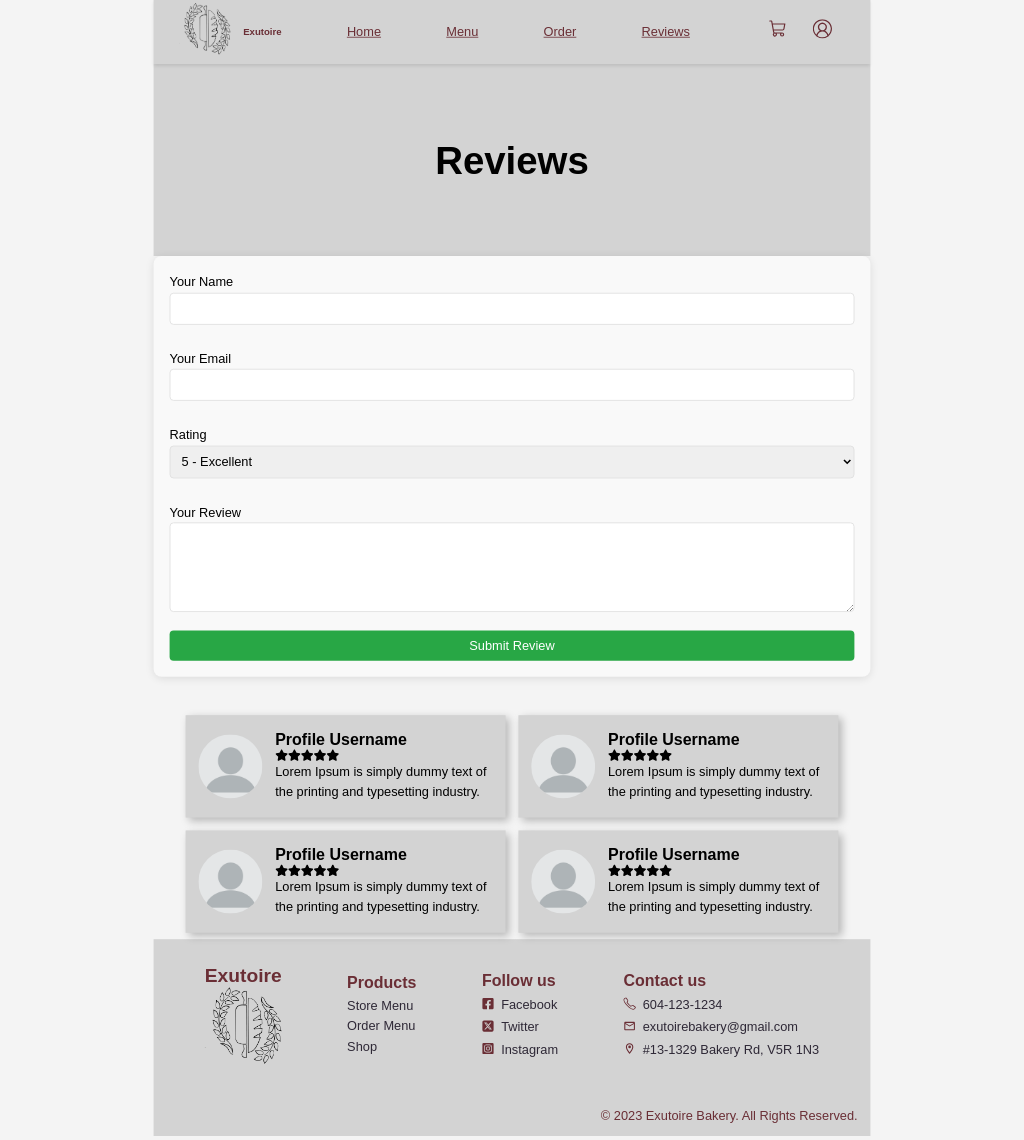
Repository: MelissaJacobi/COMP3170-final-proj
Page: /Reviews
These files come from the project's save history. The page is drawn as it stood at one moment and after the next save; the edit follows.
The browser window is 1280 px wide. The pictures show the whole page, at 80% of full size.
The project was rebuilt for these pictures with package versions that can differ from the ones it lists, and the page was loaded fresh each time. Also part of the build but not shown: vite.config.js, src/pages/ShoppingCart.module.css, src/components/ShoppingCartCard.module.css, src/components/ShoppingCartCard.jsx, src/components/OrderTotal.jsx, src/pages/ShoppingCart.jsx, src/pages/Profile.module.css, src/pages/Profile.jsx and 31 more.

Above is the page before, as saved 2024-10-19 19:52:40.

After the next save:
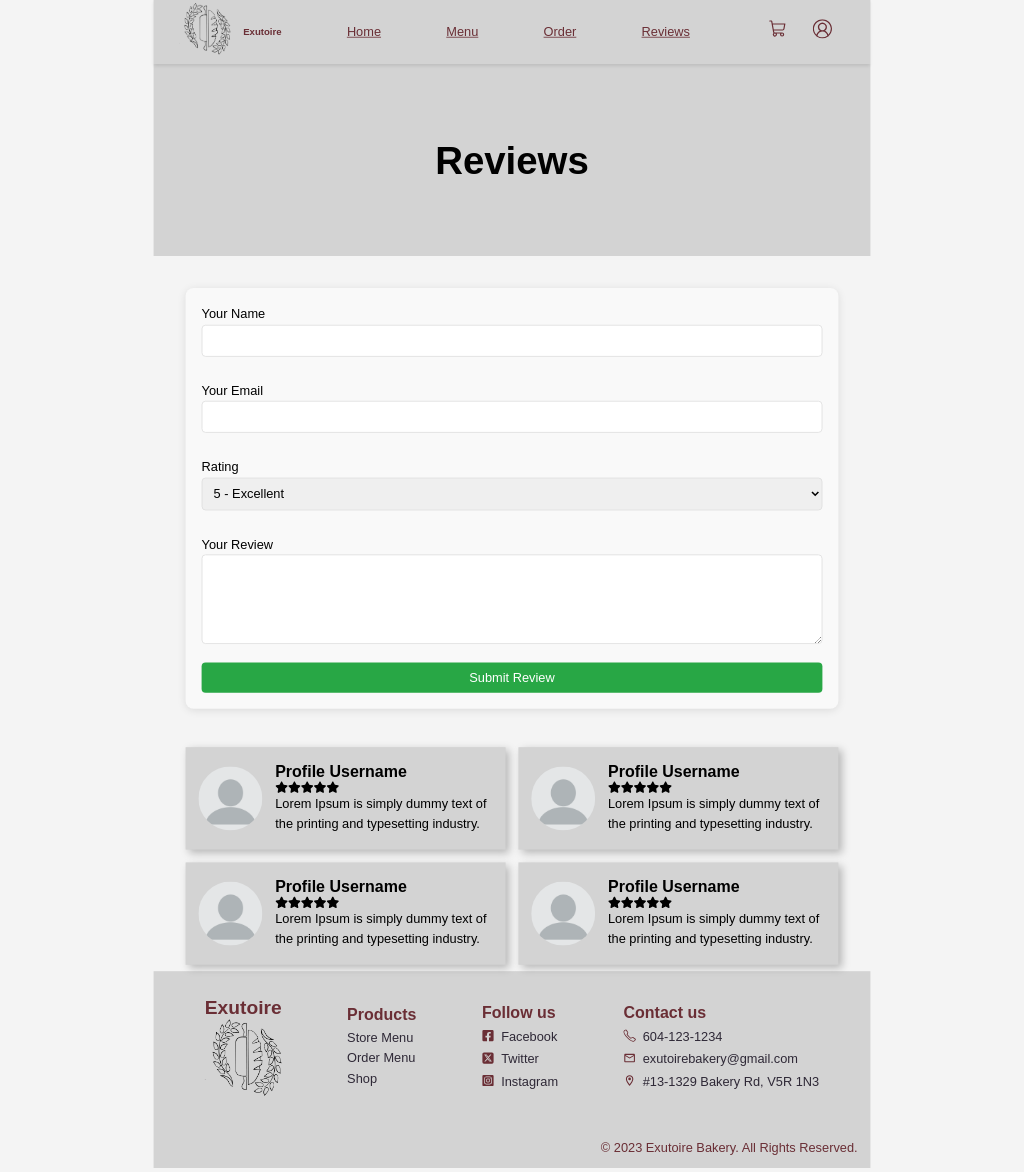
Saved 11 s later.
--- a/src/pages/Reviews.module.css
+++ b/src/pages/Reviews.module.css
@@ -27,7 +27,7 @@
 
 
 .reviewFormContainer {
-    margin-bottom: 40px;
+    margin: 40px;
   }
 
   .reviewForm {
